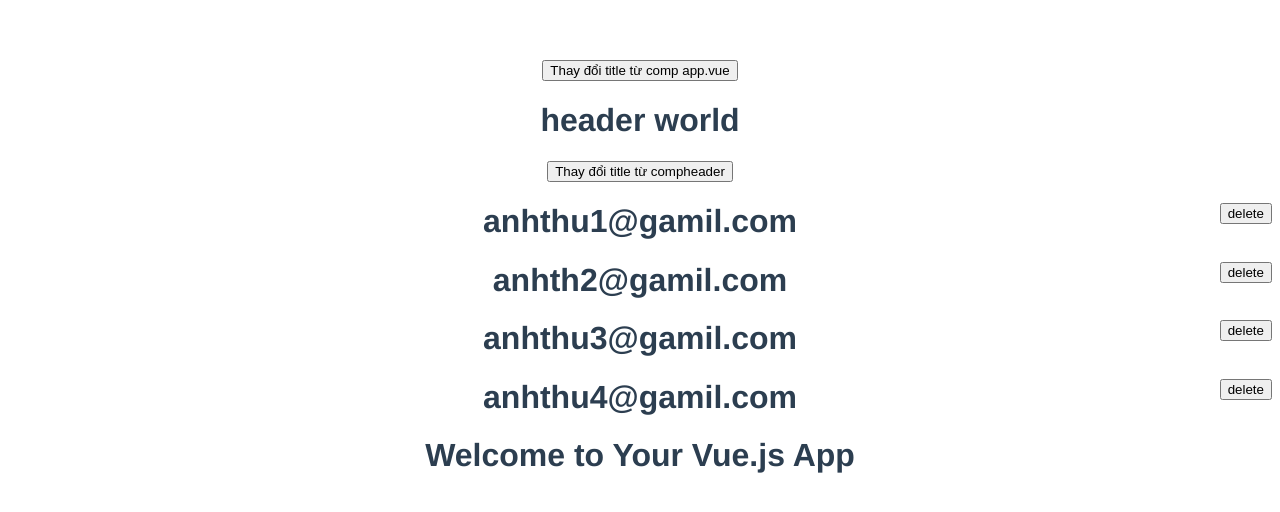
Repository: anhthu112/Todo-list
Page: /
These files come from the project's save history. The page is drawn as it stood at one moment and after the next save; the edit follows.
The browser window is 1280 px wide. The pictures show the whole page.
The project was rebuilt for these pictures with package versions that can differ from the ones it lists, and the page was loaded fresh each time. Also part of the build but not shown: vue.config.js.

Above is the page before, as saved 2024-01-24 15:31:07.

After the next save:
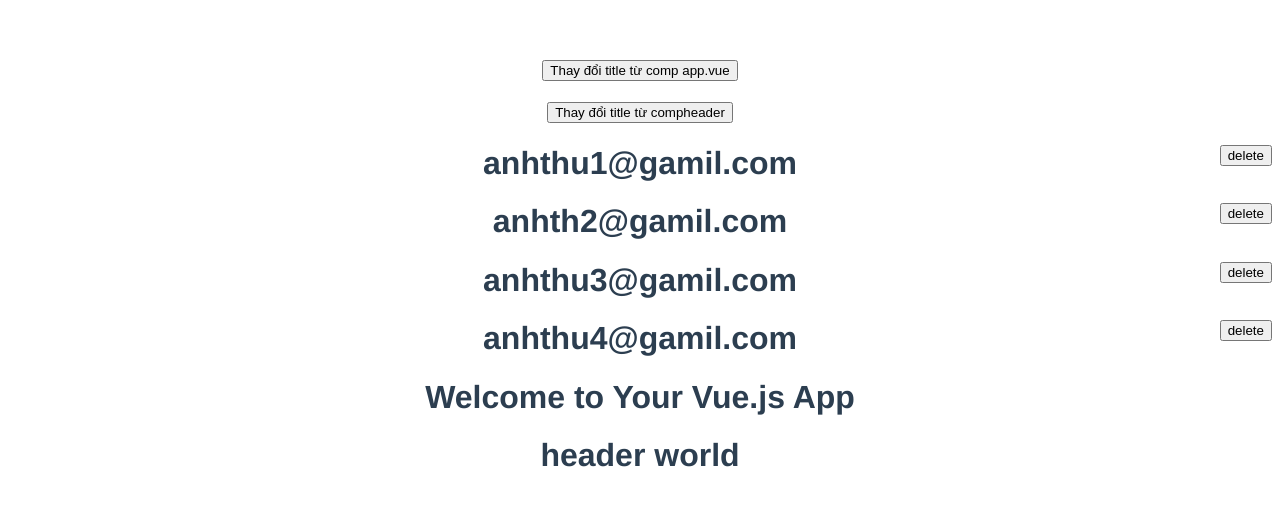
Saved 108 s later.
--- a/src/App.vue
+++ b/src/App.vue
@@ -1,7 +1,7 @@
 <template>
   <div class="container">
     <button v-on:click="title='Yoon Jeonghan'">Thay đổi title từ comp app.vue</button>
-    <CompHeader v-bind:title="titles"/>
+    <CompHeader v-bind:titles="title"/>
     <ListUser v-bind:listUser="listUser"/>
     <HelloWorld msg="Welcome to Your Vue.js App"/>
     <ComFooter v-bind:title="title"/>
@@ -21,7 +21,7 @@ export default {
   name: 'App',
   data(){
     return {
-      titles:'header world',
+      title:'header world',
       listUser : [
         {id:1000, email:'anhthu1@gamil.com', active: true},
         {id:1001, email:'anhth2@gamil.com', active: true},
